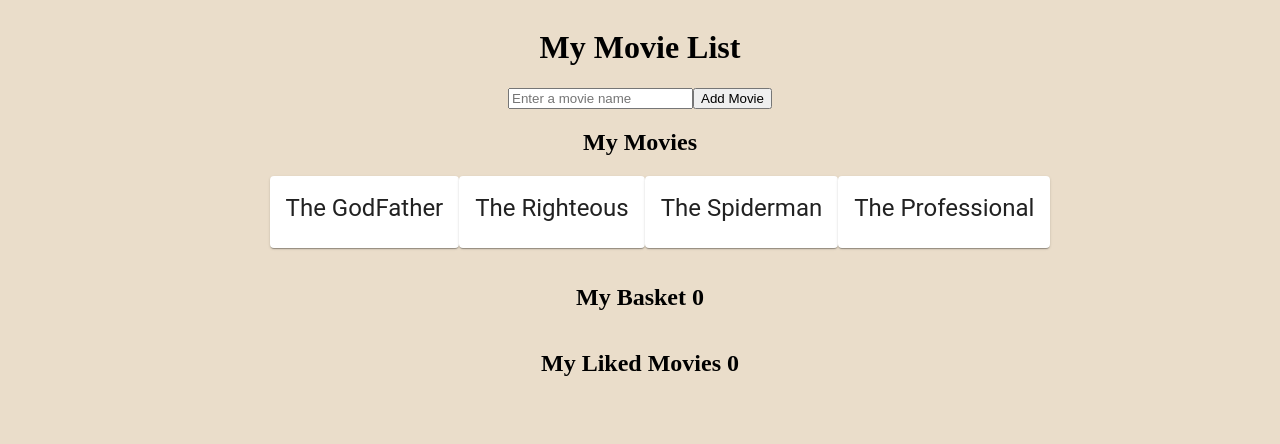
Repository: sinchana-p-iVoyant/redux-movie-store
Page: /
The author's editor kept a copy of each file at every save. The page is drawn from the files as they stood at one save, then again after a run of saves.
The browser window is 1280 px wide. The pictures show the whole page.
The project was rebuilt for these pictures with package versions that can differ from the ones it lists, and the page was loaded fresh each time. Also part of the build but not shown: vite.config.ts.

Above is the page before, as saved 2024-02-15 12:14:43.

After the next 2 saves:
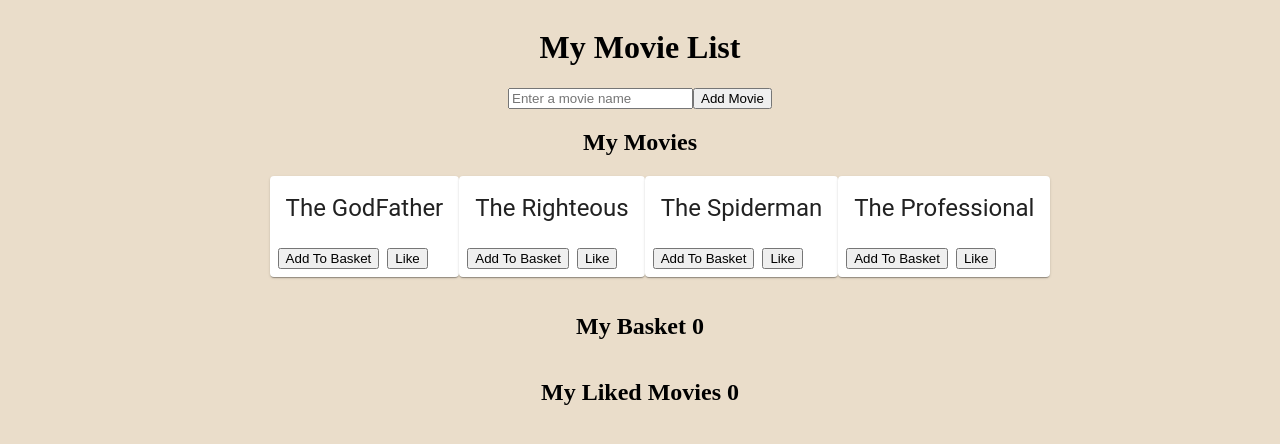
The 2 saves are shown as one change because they came seconds apart.
The last was saved 9 s later.
--- a/src/App.tsx
+++ b/src/App.tsx
@@ -80,7 +80,14 @@ const App = () => {
                 </Typography>
               </CardContent>
 
-
+              <CardActions>
+              <button onClick={() => handleAddToBasket(movie.title)}>
+                  {movie.inBasket ? "Remove From Basket" : "Add To Basket"}
+                </button>
+                <button onClick={() => handleAddToLikedMovies(movie.title)}>
+                  {movie.liked ? "Dislike" : "Like"}
+                </button>
+              </CardActions>
 
             </Card>
           ))}
